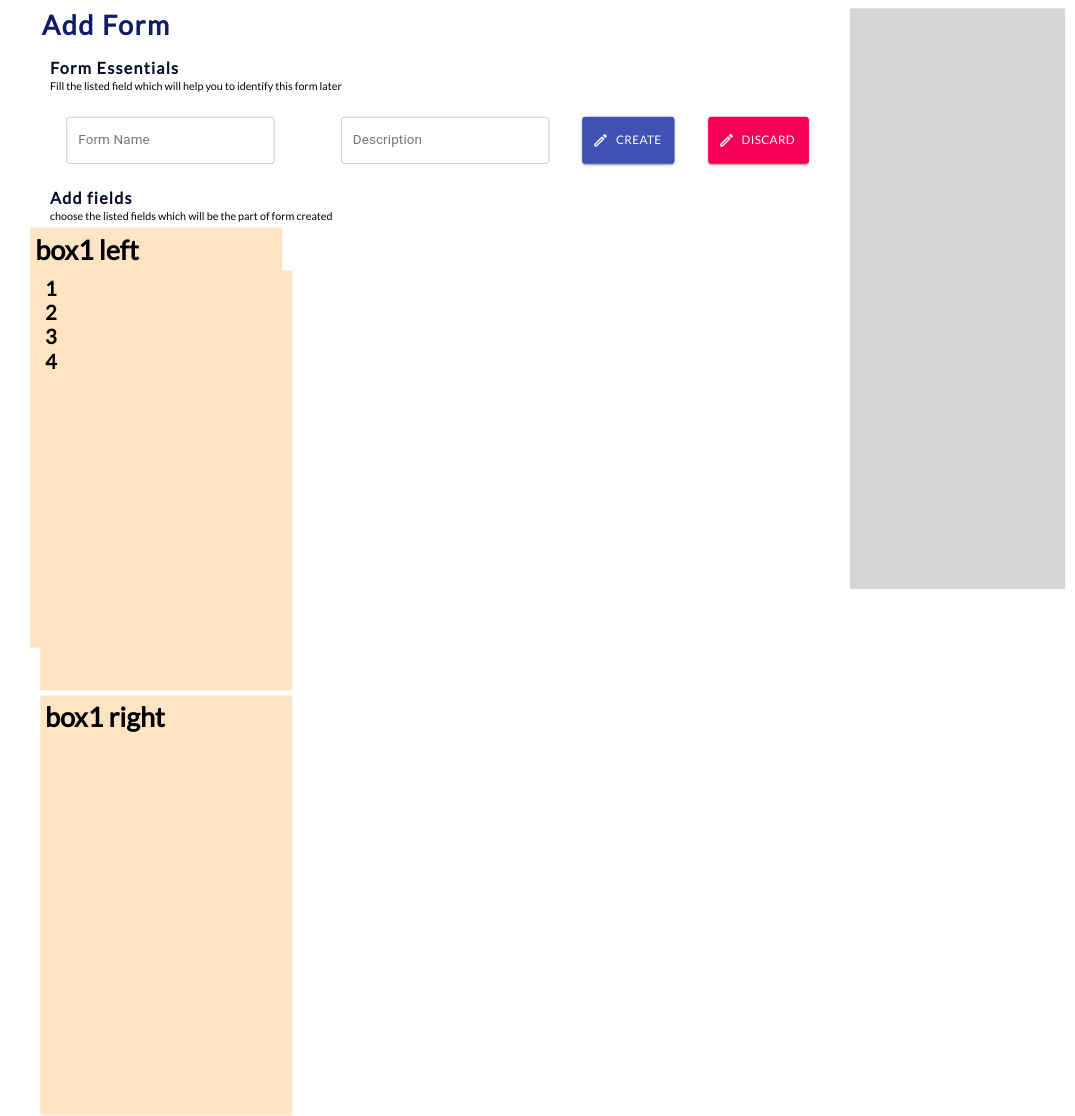
Repository: Architjain128/df
Page: /add
An editor plug-in stored every save of this project. The page is shown before and after a run of saves, followed by the edit.
The browser window is 1280 px wide. The pictures show the whole page, at 84% of full size.
The project was rebuilt for these pictures with package versions that can differ from the ones it lists, and the page was loaded fresh each time. Also part of the build but not shown: src/App.css, src/dftable.js, src/dataForm.js.

Above is the page before, as saved 2021-06-26 02:47:31.

After the next 4 saves:
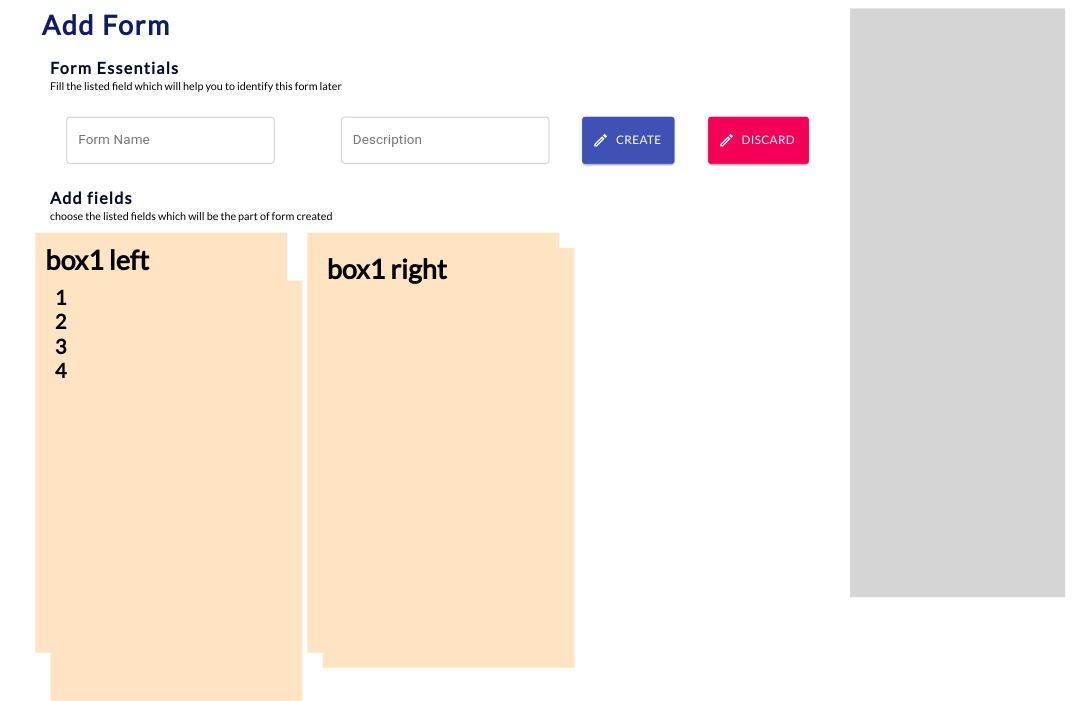
The 4 saves are shown as one change because 1 did not build or start and some came seconds apart.
The last was saved 24 s later.
--- a/src/addDataForm.js
+++ b/src/addDataForm.js
@@ -123,13 +123,15 @@ class AddDataForm extends Component{
                                 <div className="df-dnd">
                                     <div className="sort-cat">
                                         <div className="sort-box">
-                                                <h1>box1 left</h1>
+                                            <h1>box1 left</h1>
                                             <div id="sortable-1-left" className="sort-box-1">
                                                 <h2 className="sortable">1</h2>
                                                 <h2 className="sortable">2</h2>
                                                 <h2 className="sortable">3</h2>
                                                 <h2 className="sortable">4</h2>
                                             </div>
+                                        </div>
+                                        <div className="sort-box">
                                             <div id="sortable-1-right" className="sort-box-1">
                                                 <h1>box1 right</h1>
                                             </div>
